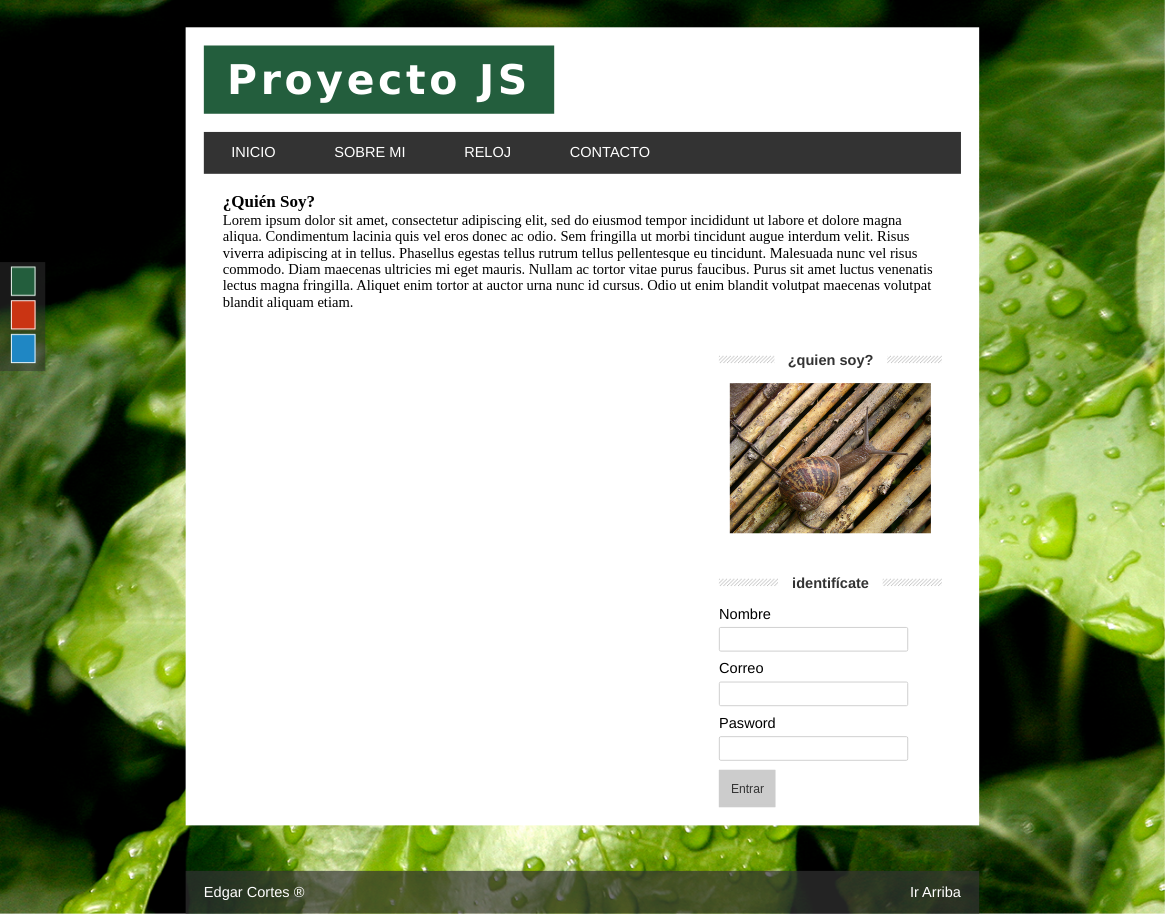
Repository: eucortes/demopage
Page: javascript/Proyecto/About.html
An editor plug-in stored every save of this project. The page is shown before and after the next save, followed by the edit.
The browser window is 1280 px wide. The pictures show the whole page, at 91% of full size.
Backgrounds fixed to the window are drawn as part of the page. Some web libraries are served in a nearby version.

Above is the page before, as saved 2019-09-24 18:14:47.
Console error: TypeError: $(...).acordeon is not a function

### javascript/Proyecto/About.html
<!DOCTYPE html>
<html lang="es">

<head>
    <meta charset="UTF-8">
    <meta name="viewport" content="width=device-width, initial-scale=1.0">
    <meta http-equiv="X-UA-Compatible" content="ie=edge">
    <!--
    <meta charset="ISO-8859-1">
         <meta http-equiv="Content-Type" content="text/html;charset=UTF-8" />
        <meta http-equiv="Content-Language" content="es" />
  -->
    <title>Proyecto con Javascript</title>
    <!--Estilos CSS-->
    <link rel="stylesheet" href="css/styles.css">
    <link id="theme" rel="stylesheet" href="css/green.css">
    <!--JQuery-->
    <script src="https://ajax.googleapis.com/ajax/libs/jquery/3.1.1/jquery.min.js"></script>

    <!--JQuery UI-->
    <link rel="stylesheet" href="js/jquery-ui/jquery-ui.min.css" />
    <link rel="stylesheet" href="js/jquery-ui/jquery-ui.structure.min.css" />
    <link rel="stylesheet" href="js/jquery-ui/jquery-ui.theme.min.css" />

    <script type="text/javascript" src="js/jquery-ui/jquery-ui.min.js"></script>




    <!--Mis Scripts-->
    <script type="text/javascript" src="js/about.js"></script>
</head>

<body>
    <div id='theme-selector'>
        <div id='to-green'></div>
        <div id='to-red'></div>
        <div id='to-blue'></div>
    </div>
    <section id='global'>
        <header>
            <div id='logo'>
                <h1>Proyecto JS</h1>
            </div>
            <div class='clearfix'></div>
            <nav id='menu'>
                <ul>
                    <li><a href="index.html">Inicio</a></li>
                    <li><a href="about.html">Sobre Mi</a></li>
                    <li><a href="#">Reloj</a></li>
                    <li><a href="#">Contacto</a></li>
                </ul>
            </nav>
        </header>
        <!--
    slider
-->

        <section id='content'>
            <div id='box'>
                <!--Cargar acordeon-->
                <div id='acordeon'>
                    <h3>¿Quién Soy?</h3>
                    <div>
                        <p>
                            Lorem ipsum dolor sit amet, consectetur adipiscing elit, sed do eiusmod tempor incididunt ut
                            labore et dolore magna
                            aliqua. Condimentum lacinia quis vel eros donec ac odio. Sem fringilla ut morbi tincidunt
                            augue interdum velit. Risus
                            viverra adipiscing at in tellus. Phasellus egestas tellus rutrum tellus pellentesque eu
                            tincidunt. Malesuada nunc vel
                            risus commodo. Diam maecenas ultricies mi eget mauris. Nullam ac tortor vitae purus
                            faucibus. Purus sit amet luctus
                            venenatis lectus magna fringilla. Aliquet enim tortor at auctor urna nunc id cursus. Odio ut
                            enim blandit volutpat
                            maecenas volutpat blandit aliquam etiam.
                        </p>
                    </div>
                    <h3></h3>
                    <h3></h3>

                </div>
            </div>
            <aside id='sidebar'>
                <div id='about'>
                    <h4><span>¿quien soy?</span></h4>
                    <img src="img/caracol.jpg" />
                    <p>Aliquam sem et tortor consequat id porta nibh venenatis. Neque volutpat ac tincidunt vitae
                        semper
                    </p>
                </div>
                <div id='login'>
                    <h4><span>identifícate</span></h4>
                    <form action="">
                        <label for='name'>Nombre</label>
                        <input type="text" name="name" id='form_name'>
                        <label for='email'>Correo</label>
                        <input type="text" name="email" id='form_email'>
                        <label for='password'>Pasword</label>
                        <input type="password" name="password" id='form_password'>
                        <input type="submit" value="Entrar" id='boton_entrar'>
                    </form>
                </div>
            </aside>
            <div class='clearfix'></div>
        </section>
    </section>
    <footer>
        Edgar Cortes ®
        <a href="#" class="subir">Ir Arriba</a>
    </footer>
</body>

</html>

### javascript/Proyecto/css/styles.css
* {
    margin: 0px;
    padding: 0px;
    list-style: none;
}

body {
    background: url('../img/hojas.jpg');
    background-attachment: fixed;
}

#global {
    width: 65%;
    margin: 0px auto;
    margin-top: 30px;
    padding: 20px;
    background: white;
    box-shadow: 0px, 0px, 2px, gray
}

#logo {
    font-family: "Verdana", "Arial";
    font-size: 30px;
    letter-spacing: 4px;
    line-height: 75px;
    background: #235e3d;
    color: white;
    text-align: center;
    width: 385px;
    height: 90;
    float: left;
    margin-bottom: 20px;
}

.clearfix {
    float: none;
    clear: both;
}

#menu {
    font-family: Helvetica, Arial, sans-serif;
    background: #333;
    text-transform: uppercase;
    margin-bottom: 20px;
}

#menu ul {
    line-height: 46px;
    list-style: none;
}

#menu ul li {
    height: 46px;
    display: inline-block;
    transition: all 300ms;
}

#menu ul li:hover {
    background: #235e3d;

}

#menu a {
    display: block;
    color: white;
    text-decoration: none;
    padding-left: 30px;
    padding-right: 30px;
}

#content {
    width: 95%;
    margin: 0px auto;
}

#posts {
    width: 60%;
    float: left;
    font-family: Helvetica, Arial, sans-serif
}

.post {
    padding: 7px;
}

.post h2 {
    font-size: 30;
    color: #333;

}

.post .fecha {
    display: block;
    color: gray;
    margin-top: 5px;
}

.post p {
    margin-top: 10px;
    margin-bottom: 20px;
    line-height: 22px;
    text-align: justify;
}

.button-more {
    font-size: 14px;
    text-align: center;
    display: block;
    padding: 15px;
    background: #235e3d;
    color: white;
    text-decoration: none;
    margin-top: 10px;
    width: 75px;
    margin-bottom: 20px;

}

#sidebar {
    font-family: Helvetica, Arial, sans-serif;
    width: 31%;
    float: right;

}

#sidebar h4 {
    margin-top: 50px;
    margin-bottom: 20px;
    text-align: center;
    line-height: 10px;
    color: #333;
    background: url("../img/lines.png") repeat-x;
}

#sidebar h4 span {
    background: white;
    padding: 15px;
}

#sidebar img {
    width: 90%;
    display: block;
    margin-left: auto;
    margin-right: auto;
}

#sidebar p {
    font-size: 15px;
    text-align: justify;
}
form input[type='text'],
form input[type='password'],
form input[type='email']{
    padding: 5px;
    border-radius: 2px;
    border: 1px solid #ccc;
    width: 80%;
    margin-bottom: 10px;
    margin-top: 5px;
}
form input[type='submit']{
    background: #ccc;
    padding: 10px;
    border: solid #ccc;
    color: #333;
    cursor: pointer;
}
footer{
    font-family: Helvetica, Arial, sans-serif;
    color: white;
    height: 47px;
    background: rgba(51,51,51,0.70);
    margin: 0px auto;
    width: 65%;
    padding-left: 20px;
    padding-right: 20px;
    margin-top: 50px;
    line-height: 47px;
}
.bx-wrapper, .bx-viewport{
    height: 250px !important;

}
#theme-selector{
    position: fixed;
    top:40%;
    background: rgba(51,51,51,0.5);
    width:50px;
    height: 120px;
}
#to-green,
#to-red,
#to-blue{
    width: 25px;
    height: 30px;
    border: 1px solid white;
    display: block;
   margin: 0px auto;
   margin-top: 5px;
   margin-bottom: 5px;
   cursor: pointer;
}
#to-green{
    background: #235e3d;
}
#to-red{
    background: #ca3413;
}#to-blue{
    background: #1f87c4;
}
.subir{
    color: white;
    text-decoration: none;
    display: block;
    float: right;

}

### javascript/Proyecto/css/green.css
body {
    background: url('../img/hojas.jpg');
    background-attachment: fixed;
}

#logo {
    background: #235e3d;
}
#menu ul li:hover {
    background: #235e3d;
}

.button-more {
    background: #235e3d;
}

### javascript/Proyecto/js/about.js
$(document).ready(function () {

    //selector de tema
    let theme = $("#theme")

    $("#to-green").click(function () {
        theme.attr("href", "css/green.css")
    })
    $("#to-blue").click(function () {
        theme.attr("href", "css/blue.css")
    })
    $("#to-red").click(function () {
        theme.attr("href", "css/red.css")
    })

    //scroll arriba
    $(".subir").click(function (e) {
        e.preventDefault();
        $("html, body").animate({
            scrollTop: 0
        }, 500);
        return false;
    });

    //login false
    $("#login form").submit(function (e) {
        ///  $("boton_entrar").click(function(e){
        //     e.preventDefault()
        let form_name = $("#form_name").val();
        localStorage.setItem("form_name", form_name)
        //    console.log(form_name)

    })


    function ActualizaLogin() {
        let form_name = localStorage.getItem("form_name")
        if (form_name != null && form_name != undefined) {
            let about_parrafo = $("#about p")
            about_parrafo.html("<br><strong>Bienvenido " + form_name + "</strong><br>");
            about_parrafo.append("<a href='#' id='logout'>Cerrar Sesión</a>")
            $("#login").hide()
        } else {
            let about_parrafo = $("#about p")
            about_parrafo.html("");
            $("#login").show()

        }
    }
    ActualizaLogin()

    $("#logout").click(function (e) {
        e.preventDefault();
        localStorage.removeItem("form_name")
        //  location.reload
        ActualizaLogin()
        return false;
    })
    let aco = $("#acordeon")
    console.log(aco)
    $('#acordeon').acordeon();
})

Loaded but not shown: javascript/Proyecto/js/jquery-ui/jquery-ui.min.css (library); javascript/Proyecto/js/jquery-ui/jquery-ui.structure.min.css (library); javascript/Proyecto/js/jquery-ui/jquery-ui.theme.min.css (library); javascript/Proyecto/js/jquery-ui/jquery-ui.min.js (library)

After the next save:
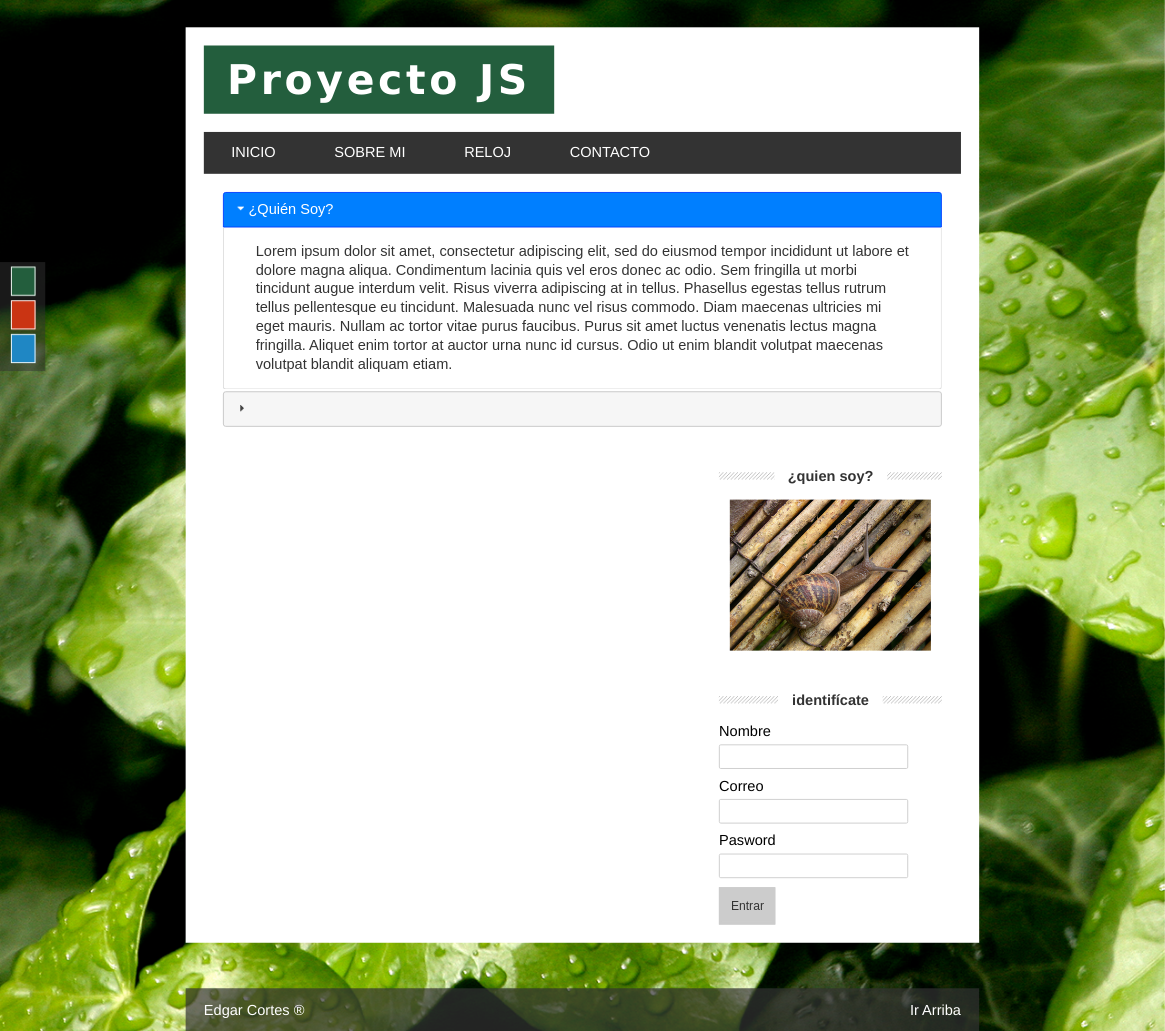
The error is gone.
Saved 97 s later.
--- a/javascript/Proyecto/js/about.js
+++ b/javascript/Proyecto/js/about.js
@@ -56,7 +56,7 @@ $(document).ready(function () {
         ActualizaLogin()
         return false;
     })
-    let aco = $("#acordeon")
-    console.log(aco)
-    $('#acordeon').acordeon();
+    $("#acordeon").accordion()
+
+
 })
